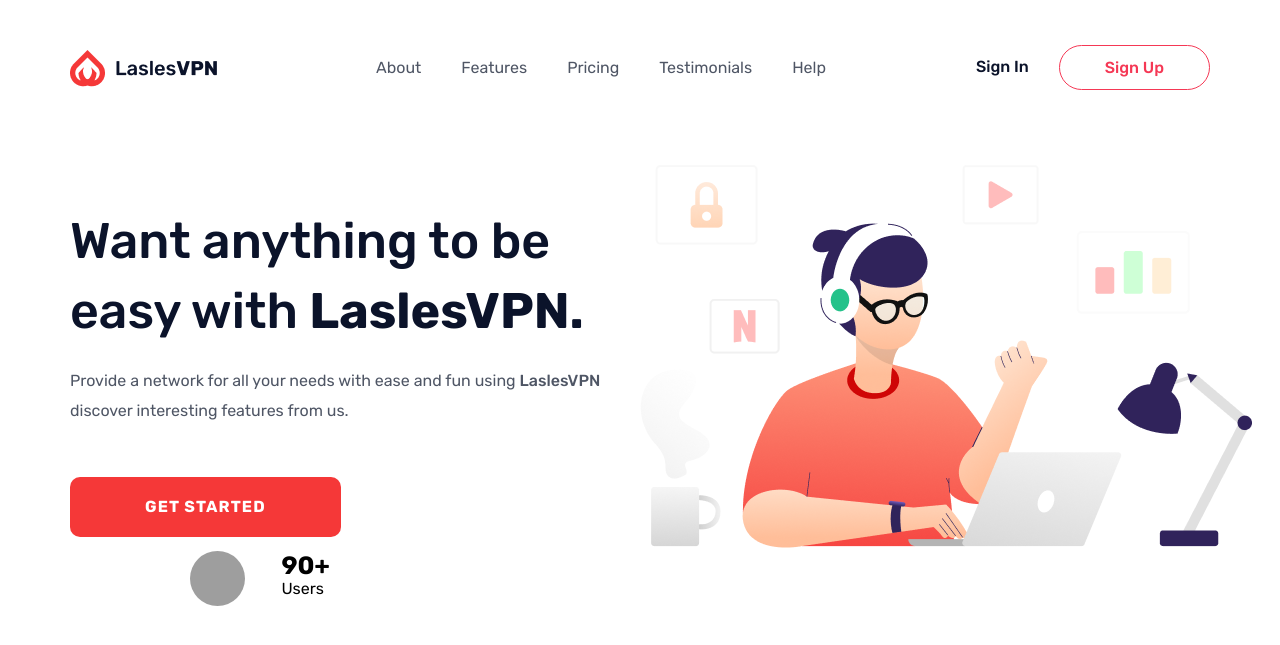
Repository: nafiesallahu/beetroot-fe-g1
Page: Homework10/index.html
An editor plug-in stored every save of this project. The page is shown before and after the next save, followed by the edit.
The browser window is 1280 px wide. The pictures show the whole page.
Pictures or frames that could not be fetched are drawn as grey boxes.

Above is the page before, as saved 2021-01-27 19:52:50.

After the next save:
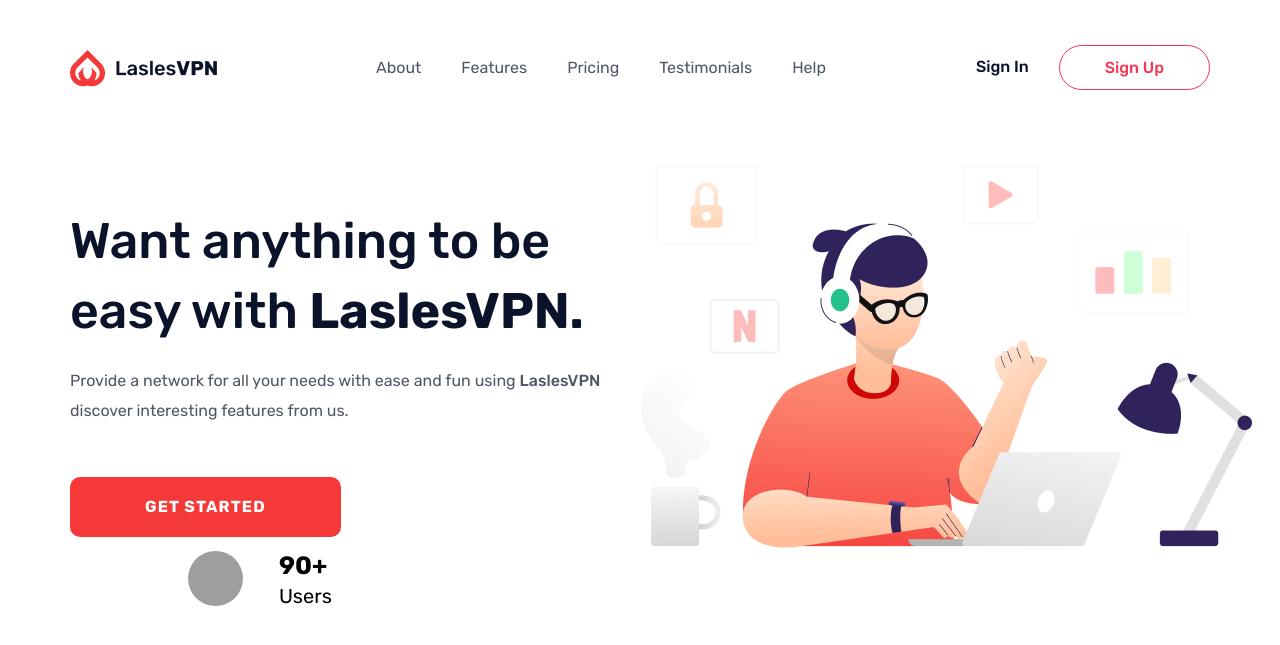
Saved 19 s later.
--- a/Homework10/styles/style.css
+++ b/Homework10/styles/style.css
@@ -197,3 +197,8 @@
   font-size: 25px;
   line-height: 30px;
 }
+.stat-item__text p {
+  font-weight: normal;
+  font-size: 20px;
+  line-height: 30px;
+}
